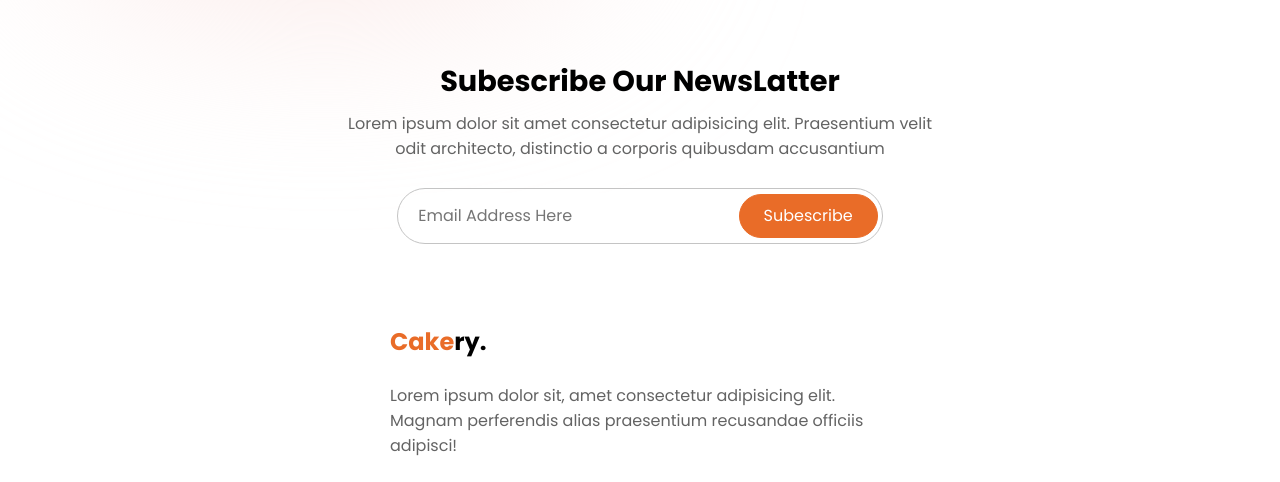
Repository: kingamirhosein100000-maker/cake.shop
Page: index.html
An editor plug-in stored every save of this project. The page is shown before and after a run of saves, followed by the edit.
The browser window is 1280 px wide. The pictures show the part of the page from y = 4552 to 5078 px (the page is 5034 px tall before and 5078 px after).
A picture or video elsewhere on the page could not be fetched, so the positions and the page height are approximate. Some web libraries are served in a nearby version.

Above is the page before, as saved 2026-01-29 17:02:09.

### index.html
<!DOCTYPE html>
<html lang="en">

<head>
    <meta charset="UTF-8">
    <meta name="viewport" content="width=device-width, initial-scale=1.0">
    <title>Bakery Website</title>
    <link rel="stylesheet" href="style.css">
    <link rel="stylesheet" href="https://cdnjs.cloudflare.com/ajax/libs/font-awesome/7.0.1/css/all.min.css" integrity="sha512-2SwdPD6INVrV/lHTZbO2nodKhrnDdJK9/kg2XD1r9uGqPo1cUbujc+IYdlYdEErWNu69gVcYgdxlmVmzTWnetw==" crossorigin="anonymous" referrerpolicy="no-referrer"
    />
</head>

<body>
    <!-- Header Part -->
    <header>
        <nav class="navbar container">
            <div class="logo">
                <a class="logo-txt" href="#">
                        Cake<span>ry.</span>
                    </a>

            </div>
            <ul class="navlist">
                <li>
                    <a href="#" class="navlinks active">
                            Home
                        </a>
                </li>
                <li>
                    <a href="#" class="navlinks">
                            About
                        </a>
                </li>
                <li>
                    <a href="#" class="navlinks">
                            Menu
                        </a>
                </li>
                <li>
                    <a href="#" class="navlinks">
                            Restaurent
                        </a>
                </li>
                <li>
                    <a href="#" class="navlinks">
                            Order
                        </a>
                </li>
                <li>
                    <a href="#" class="navlinks">
                            Contact
                        </a>
                </li>

            </ul>
            <div class="nav-icons">
                <a href="#" class="icons-link">
                    <i class="fa-solid  fa-user"></i>
                </a>
                <a href="#" class="icons-link">
                    <i class="fa-solid fa-shopping-cart"></i>

                </a>
            </div>
            <div class="hamburger">
                <div class="burger"></div>
                <div class="burger"></div>
                <div class="burger"></div>
            </div>
        </nav>
    </header>
    <!-- Section Parts -->
    <main>

        <!-- /* hero-section */ -->

        <section class="hero-section container">
            <div class="content">
                <div class="whatch">
                    <a href="#" class="icons-link">
                        <i class="fa-solid fa-play"></i>
                    </a>
                    <h3>Watch Video</h3>
                </div>
                <h1>The Perfect Baked Cake Everyday!</h1>
                <p>Lorem ipsum dolor sit, amet consectetur adipisicing elit. Facere laborum quaerat beatae molestiae explicabo asperiores, fugit harum quibusdam sit nesciunt illo.</p>
                <div class="btn-continer">
                    <button>Read More</button>
                    <button data-type="borderd-btn">Order Now</button>
                </div>
            </div>
            <div class="img-conteiner">
                <img src="img/cake.png" alt="عکس کیک ">
            </div>
        </section>
        <!-- Store section -->
        <section class="other-section container">
            <div class="column-canteiner">
                <h2>Welcome To Our Store</h2>
                <p data-type="centerd-txt">Lorem ipsum dolor sit amet consectetur adipisicing elit. Necessitatibus sit earum porro at! Officia, repellat. Modi, tempore minima.</p>
                <div class="card-conteiner">
                    <div class="card" data-type="category">
                        <img src="img/pastery.png">
                        <h3>Cake</h3>
                    </div>
                    <div class="card" data-type="category">
                        <img src="img/sandwich.png">
                        <h3>Sandwich</h3>
                    </div>
                    <div class="card" data-type="category">
                        <img src="img/cookie.png">
                        <h3>Cookie</h3>
                    </div>
                    <div class="card" data-type="category">
                        <img src="img/bread.png">
                        <h3>Bread</h3>
                    </div>
                </div>
            </div>
            </div>
        </section>
        <!-- About section -->
        <section class="other-section container">
            <div class="row-container">
                <div class="image-container">
                    <img src="img/cupcake.jpg">
                </div>


                <div class="content">
                    <h2>About<br> Cakery Bakery</h2>
                    <p>Lorem ipsum dolor sit amet, consectetur adipisicing elit. Laboriosam, necessitatibus nisi nemo, libero molestiae quas quibusdam incidunt voluptate adipisci consequatur ducimus autem</p>
                    <p>Lorem ipsum dolor sit amet consectetur adipisicing elit. Amet quidem rerum maiores quae saepe</p>
                    <button>Read More</button>
                </div>
            </div>
        </section>
        <!-- Featured Food -->

        <section class="other-section container">
            <div class="column-canteiner">
                <h2>Our Featured</h2>
                <p data-type="centerd-txt">Lorem ipsum dolor sit amet consectetur adipisicing elit. Praesentium velit odit architecto, distinctio a corporis quibusdam accusantium tempora </p>



                <div class="card-conteiner">
                    <div class="card" data-type="item">
                        <div class="image-part">
                            <img src="img/birthday cake.jpg">
                        </div>
                        <div class="detail">
                            <h4>$10.00</h4>
                            <h4>Birthday cake</h4>
                        </div>
                    </div>
                    <div class="card" data-type="item">
                        <div class="image-part">
                            <img src="img/muffins.jpg">
                        </div>
                        <div class="detail">
                            <h4>$17.00</h4>
                            <h4>muffins</h4>
                        </div>
                    </div>
                    <div class="card" data-type="item">
                        <div class="image-part">
                            <img src="img/waffles.jpg">
                        </div>
                        <div class="detail">
                            <h4>$19.00</h4>
                            <h4>waffles</h4>
                        </div>
                    </div>
                    <div class="card" data-type="item">
                        <div class="image-part">
                            <img src="img/pancake.jpg">
                        </div>
                        <div class="detail">
                            <h4>$25.00</h4>
                            <h4>pancake</h4>
                        </div>
                    </div>

                </div>



                <div class="card-conteiner">
                    <div class="card" data-type="item">
                        <div class="image-part">
                            <img src="img/piece cake.jpg">
                        </div>
                        <div class="detail">
                            <h4>$18.00</h4>
                            <h4> detail</h4>
                        </div>
                    </div>
                    <div class="card" data-type="item">
                        <div class="image-part">

                            <img src="img/cookies.jpg">
                        </div>
                        <div class="detail">
                            <h4>$16.00</h4>
                            <h4>cookies</h4>
                        </div>
                    </div>
                    <div class="card" data-type="item">
                        <div class="image-part">
                            <img src="img/raspberry cake.jpg">
                        </div>
                        <div class="detail">
                            <h4>$67.00</h4>
                            <h4>raspberry cake</h4>
                        </div>
                    </div>
                    <div class="card" data-type="item">
                        <div class="image-part">
                            <img src="img/donut.jpg">
                        </div>
                        <div class="detail">
                            <h4>$90.00</h4>
                            <h4>donut</h4>
                        </div>
                    </div>
                </div>
            </div>
        </section>
        <!-- App section -->
        <section class="other-section container">
            <div class="row-container">
                <div class="content">
                    <h2>App Is Soon <br> On App Store</h2>
                    <p>Lorem ipsum dolor sit, amet consectetur adipisicing elit. Consequuntur omnis sequi in fugiat iusto laborum, delectus magnam eum! Aspernatur quaerat ex excepturi.</p>
                    <div class="app-img">
                        <img src="img/app store.png" alt="App Store">
                        <img class="qqqq" src="img/play store.png" alt="Google Play">
                    </div>


                </div>
                <div class="img-conteiner">
                    <img src="img/bakery app.png">
                </div>
            </div>
        </section>
        <!-- Best Food section -->
        <section class="other-seimction container">
            <div class="row-container">
                <div class="img-conteiner">
                    <img src="img/creamy pancake.png">
                </div>
                <div class="content">
                    <h2>Best Sell <br> In This Week!</h2>
                    <div class="rating">
                        <h4>$15.00</h4>
                        <img src="img/five star ok.png">
                    </div>
                    <p>Lorem ipsum dolor sit, amet consectetur adipisicing elit. Commodi, libero soluta! Quia nostrum unde corrupti ratione quibusdam dolores sed, voluptatum aliquid possimus!</p>
                    <p>Lorem ipsum dolor sit amet, consectetur adipisicing elit. Voluptate cum mollitia culpa ullam numquam.</p>
                    <button>Buy Now</button>


                </div>
            </div>
        </section>
        <!-- NewsLatter section -->
        <section class="other-section container">
            <div class="column-canteiner">
                <h2>Subescribe Our NewsLatter</h2>
                <p data-type="centerd-txt">Lorem ipsum dolor sit amet consectetur adipisicing elit. Praesentium velit odit architecto, distinctio a corporis quibusdam accusantium</p>

                <form class="form-canteiner">
                    <input type="email" name="email" id="email" autocomplete="off" placeholder="Email Address Here">
                    <input type="submit" value="Subescribe" class="form-btn">
                </form>
            </div>
        </section>
    </main>
    <!-- Footer Parts -->
    <footer>
<div class="column-canteiner container">
    <div class="column">
        <div class="logo">
                            <a class="logo-txt" href="#">
                        Cake<span>ry.</span>
                    </a>
        </div>

        <p>Lorem ipsum dolor sit, amet consectetur adipisicing elit. Magnam perferendis alias praesentium recusandae officiis adipisci!</p>
        <div class="icons">
            <a href="#"></a>
        </div>
    </div>
    <div class="column"></div>
    <div class="column"></div>
    <div class="column"></div>
    <div class="column"></div>
</div>
    </footer>
    <script src=" main.js "></script>
</body>

</html>

### style.css
                    @import url('https://fonts.googleapis.com/css2?family=Open+Sans:ital,wght@0,300..800;1,300..800&family=Poppins:ital,wght@0,100;0,200;0,300;0,400;0,500;0,600;0,700;0,800;0,900;1,100;1,200;1,300;1,400;1,500;1,600;1,700;1,800;1,900&family=Roboto:ital,wght@0,100..900;1,100..900&display=swap');
                    * {
                        margin: 0;
                        padding: 0;
                        box-sizing: border-box;
                        font-family: "Poppins", sans-serif;
                    }

                     :root {
                        --orange-clr: #E96C28;
                        --white-clr: #FFF;
                        --black-clr: #000;
                        --gray-clr: #636363;
                        --light-clr: #C4C4C4;
                        --dawn-pink: #FAE7E5;
                        --frosted-mint: #DCFEF9;
                    }
                    /* Header Parts */

                    .logo-txt {
                        font-size: 1.5rem;
                        color: var(--orange-clr);
                        font-weight: bold;
                    }

                    a {
                        text-decoration: none;
                    }

                    span {
                        color: var(--black-clr);
                    }

                    .navlist {
                        display: flex;
                        align-items: center;
                        gap: 2rem;
                    }

                    li {
                        list-style: none;
                    }

                    .navlinks {
                        color: var(--black-clr);
                        font-weight: 500;
                    }

                    .active,
                    .navlinks:hover {
                        color: var(--orange-clr);
                        transition: 0.4s;
                    }



                    .icons-link {
                        background: var(--orange-clr);
                        width: 2.3rem;
                        aspect-ratio: 1;
                        border-radius: 50%;
                        margin-right: .5rem;
                        display: inline-block;
                        text-align: center;
                        line-height: 2.3rem;
                        transition: .3s ease-in-out;
                    }

                    .icons-link:hover {
                        transform: translateY(-10%);
                    }

                    .fa-solid {
                        font-size: 1.1rem;
                        color: var(--white-clr);
                    }

                    header {
                        height: 13vh;

                    }

                    .navbar {
                        display: flex;
                        justify-content: space-between;
                        align-items: center;
                        height: 100%;

                    }

                    .container {
                        width: 80%;
                        margin: auto;
                    }

                    .hamburger {
                        cursor: pointer;
                        display: none;
                    }

                    .burger {
                        background: var(--black-clr);
                        width: 2.3rem;
                        height: .25rem;
                        margin: .3rem;
                        border-radius: 2rem;
                    }
                    /* Section Parts */
                    /* hero-section */

                    .hero-section {
                        height: calc(100vh - 13vh);
                        display: flex;
                        justify-content: space-between;
                        align-items: center;
                    }

                    .content {
                        flex: 1;
                    }

                    .img-conteiner {
                        flex: 1;
                        position: relative;
                    }

                    .img-conteiner::before {
                        content: '';
                        position: absolute;
                        top: 50%;
                        right: 0;
                        background: var(--dawn-pink);
                        width: 35rem;
                        height: 30vh;
                        border-radius: 50%;
                        z-index: -1;
                        filter: blur(100px);
                    }

                    img {
                        max-width: 100%;
                        height: auto;
                    }

                    h1 {
                        font-size: 3.5rem;
                        line-height: 4rem;
                        margin-top: 1rem;
                    }

                    .whatch {
                        display: flex;
                        align-items: center;
                        gap: .5rem;
                    }

                    p {
                        color: var(--gray-clr);
                        margin-block: 1.5rem;
                        max-width: 500px;
                    }

                    .btn-continer {
                        display: flex;
                        gap: 1.5rem;
                    }

                    button,
                    .form-btn {
                        background: var(--orange-clr);
                        color: var(--white-clr);
                        border: .1rem solid var(--orange-clr);
                        padding: .55rem 1.5rem;
                        border-radius: 5rem;
                        font-size: 1rem;
                    }

                    [data-type='borderd-btn'] {
                        background: transparent;
                        color: var(--orange-clr);
                    }
                    /* <!-- Store section --> */

                    .other-section {
                        padding-block: 5rem;
                    }

                    .row-conteiner {
                        display: flex;
                        flex-direction: row;
                        justify-content: center;
                        align-items: center;
                        gap: 5rem;
                    }

                    .column-canteiner {
                        display: flex;
                        flex-direction: column;
                        justify-content: center;
                        align-items: center;
                    }

                    h2 {
                        font-size: 1.8rem;
                    }

                    [ data-type="centerd-txt"] {
                        text-align: center;
                        max-width: 600px;
                        margin-block: .5em;
                    }

                    .card-conteiner {
                        display: flex;
                        justify-content: center;
                        align-items: center;
                        flex-wrap: wrap;
                        gap: 2rem;
                        margin-top: 2rem;
                    }

                    .card {
                        width: 15rem;
                        text-align: center;
                        border-radius: 1rem;
                        box-shadow: rgba(0, 0, 0, 0.16) 0px 1px 4px;
                        transition: .2s ease-in-out;
                    }

                    .card:hover {
                        box-shadow: rgba(50, 50, 93, 0.25) 0px 13px 27px -5px, rgba(0, 0, 0, .3) 0px 8px 16px -8px;
                    }

                    .row-container {
                        display: flex;
                        flex-direction: row;
                        justify-content: space-between;
                        align-items: center;
                        gap: 4.5rem;
                    }
                    /* <!-- Featured Food --> */

                    h4 {
                        font-weight: 600;
                    }

                    [ data-type="category"] {
                        padding-block: 2.5rem;
                    }

                    [data-type="item"] {
                        padding-bottom: 1.5rem;
                        overflow: hidden;
                    }

                    .image-part img {
                        width: 100%;
                        height: 100%;
                        object-fit: cover;
                    }

                    .detail {
                        margin-top: 1rem;
                    }
                    /* <!-- App section --> */

                    .app-img {
                        display: flex;
                        gap: 1rem;
                        width: 100%;
                        height: 4rem;
                    }

                    .app-img img {
                        width: 180px;
                        /* هم‌سایز */
                        height: 55px;
                        object-fit: contain;
                        border-radius: 12px;
                        /* گوشه‌های گرد */
                        background: #000;
                        /* برای PNG شفاف */
                        padding: 6px 10px;
                        transition: all 0.3s ease;
                    }
                    /* افکت هاور */

                    .app-img img:hover {
                        transform: translateY(-3px);
                        box-shadow: 0 10px 25px rgba(0, 0, 0, 0.25);
                        cursor: pointer;
                    }
                    /* <!-- Best Food section --> */

                    .rating img {
                        width: 6rem;
                    }

                    .rating h4 {
                        color: var(--orange-clr);
                        font-size: 1.3rem;
                    }

                    .rating {
                        display: flex;
                        align-items: center;
                        gap: 2rem;
                        margin-top: 1rem;
                    }
                    /* <!-- NewsLatter section --> */

                    .form-canteiner {
                        margin-top: 1.2rem;
                        border: .02rem solid var(--light-clr);
                        height: 3.5rem;
                        border-radius: 5rem;
                        padding: .25rem;
                    }

                    input[type="email"] {
                        height: 100%;
                        border-radius: 5rem 0 0 5rem;
                        border: none;
                        font-size: 1rem;
                        padding-left: 1rem;
                    }

                    input:focus {
                        outline: none;
                    }

Loaded but not shown: main.js (no stored copy; drawn as an empty file)

After the next 3 saves:
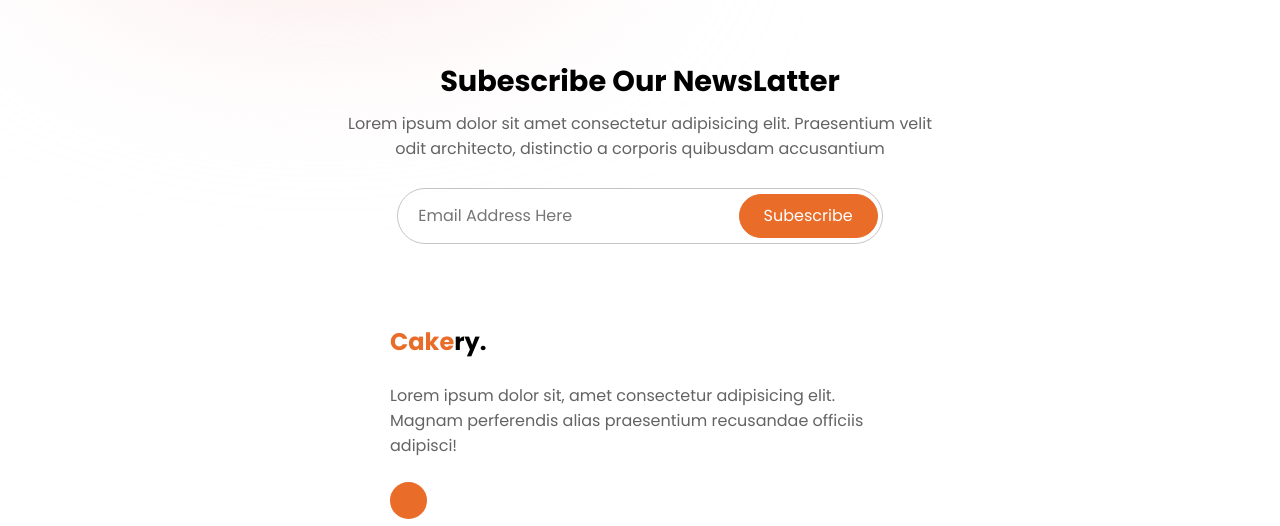
The 3 saves are shown as one change because they came seconds apart.
The last was saved 17 s later.
--- a/index.html
+++ b/index.html
@@ -290,7 +290,9 @@
 
         <p>Lorem ipsum dolor sit, amet consectetur adipisicing elit. Magnam perferendis alias praesentium recusandae officiis adipisci!</p>
         <div class="icons">
-            <a href="#"></a>
+            <a href="#" class="icons-link">
+
+            </a>
         </div>
     </div>
     <div class="column"></div>
